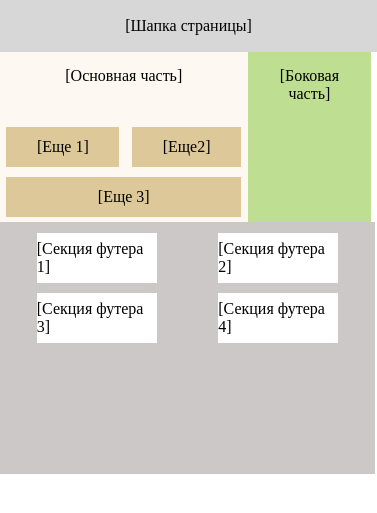
Repository: VictoriSyh/week7
Page: index_adapt.html
An editor plug-in stored every save of this project. The page is shown before and after a run of saves, followed by the edit.
The browser window is 375 px wide. The page is 377 px wide, so the pictures cover 377 px, including what lies to the right of the window. The pictures show the whole page.

Above is the page before, as saved 2025-01-02 18:19:06.

### index_adapt.html
<!DOCTYPE html>
<html lang="ru">
<head>
    <link rel="stylesheet" href="/styles/normalize.css">
    <link rel="stylesheet" href="./styles/style_adapt.css">
    <meta charset="UTF-8">
    <meta name="viewport" content="width=device-width, initial-scale=1.0">
    <link rel="shortcut icon" href="https://www.svgrepo.com/show/529024/home-wifi-angle.svg"
    type="image/svg">
    <title>Домашняя работа</title>
</head>
<body>
<header>
    [Шапка страницы]
</header>
    <main>
<div class="mainpart">
    <div class="left">
    <div class="block">[Основная часть]</div>
    <div class="one">[Еще 1]</div>
    <div class="two">[Еще2]</div>
    <div class="three">[Еще 3]</div>
</div>
<div class="right_block">
    <div class="text">[Боковая часть]</div>
</div>
</div>

</main>
    <footer>
        <div class="section">[Секция футера 1]</div>
        <div class="section">[Секция футера 2]</div>
        <div class="section">[Секция футера 3]</div>
        <div class="section">[Секция футера 4]</div>
    </footer>
</body>
</html

### styles/style_adapt.css
header{
    display: grid;
    align-items: center;
    justify-items: center;
    border: 1px solid rgb(215, 215, 215);
    background-color: rgb(215, 215, 215);
    height: 50px;
    width: 100%;
}
main{
    display: grid;
    width: 100%;
}

.mainpart{
    display: grid;
    grid-template-columns: 33% 33% 33%;
}

.left{
    display: grid;
    grid-template-rows: 70px 50px 50px;
    grid-column:1/3;
    background-color:rgb(253, 249, 242)
}

.block{
    display: grid;
    grid-row: 1/2;
    grid-column:1/3;
    margin: 15px;
    text-align: center;
}

.right_block{
    grid-row: 1/2;
    grid-column:3/4;
    background-color: rgb(190, 222, 145);
    text-align: center;
}

.text{
    margin: 15px;
}

.three{
    display: grid;
    grid-row: 3/4;
    grid-column:1/3;
    place-items: center;
    margin: auto;
    background-color: rgb(220, 200, 153);
    width: 95%;
    height: 80%;
}

.one{
    display: grid;
    grid-row: 2/3;
    grid-column:1/2;
    place-items: center;
    margin: auto;
    background-color: rgb(220, 200, 153);
    width: 90%;
    height: 80%;
}

.two{
    display: grid;
    grid-row: 2/3;
    grid-column:2/3;
    place-items: center;
    margin: auto;
    background-color: rgb(220, 200, 153);
    width: 90%;
    height: 80%;
}

footer{
    display: grid;
    grid-template-columns: repeat(auto-fit, minmax(200px, 1fr));
    gap: 10px;
    padding: 10px;
    justify-items: center;
    align-items: center;
    border: 1px solid rgb(204, 200, 200);
    background-color: rgb(204, 200, 200);
}
.section{
    display: grid;
    background-color: white;
    width: 70%;
    height: 50px;
    place-items: center;
}

/*Адаптация*/

/*Tablet*/
@media screen and (max-width: 850px) {
    footer{
        display: grid;
        grid-template-columns: 1fr 1fr;
        grid-template-rows: 1fr 1fr;
    }
}

/*Mobile*/
@media screen and (max-width: 425px) {
    footer{
        display: grid;

        grid-template-rows: 1fr 1fr 1fr 1fr;
    }
}

Loaded but not shown: styles/normalize.css (library)

After the next 3 saves:
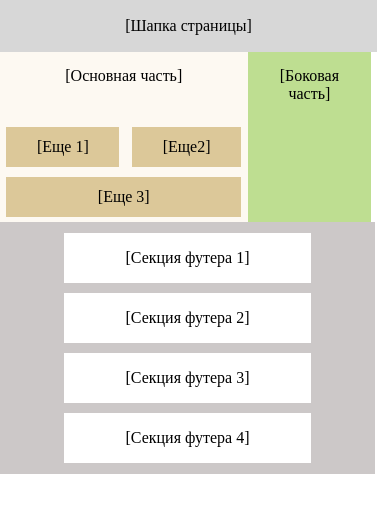
The 3 saves are shown as one change because they came seconds apart.
The last was saved 9 s later.
--- a/styles/style_adapt.css
+++ b/styles/style_adapt.css
@@ -109,7 +109,7 @@ footer{
 @media screen and (max-width: 425px) {
     footer{
         display: grid;
-
+        grid-template-columns: 1fr;
         grid-template-rows: 1fr 1fr 1fr 1fr;
     }
 }
